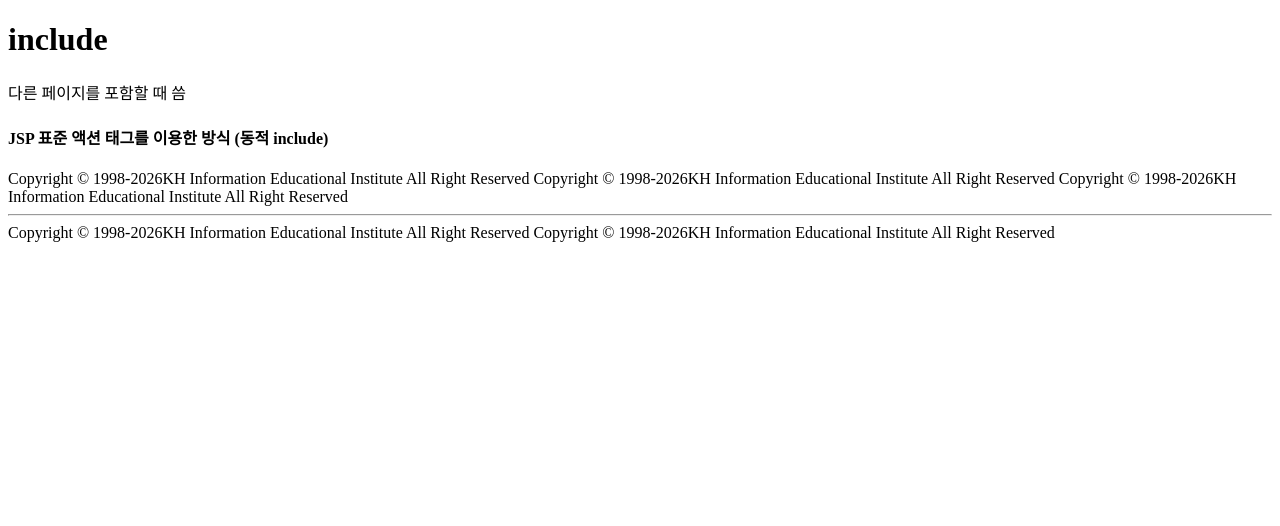
Repository: ham-zi/front-practice
Page: http://localhost/ActionProject/include.do
The author's editor kept a copy of each file at every save. The page is drawn from the files as they stood at one save, then again after the next save.
The browser window is 1280 px wide. The pictures show the whole page.
The page is served by Tomcat 9. Other server files are loaded and not shown.

Above is the page before, as saved 2026-05-06 08:03:04.
Console error: ReferenceError: Cannot access 'date' before initialization

### dynamic-workspace/ActionProject/src/main/webapp/WEB-INF/views/include.jsp
<%@ page language="java" contentType="text/html; charset=UTF-8"
    pageEncoding="UTF-8"%>
<!DOCTYPE html>
<html>
<head>
<meta charset="UTF-8">
<title>Insert title here</title>
</head>
<body>
	<h1>include</h1>

	<p>
		다른 페이지를 포함할 때 씀

	</p>
<%-- 정적 컴파일 방식 (컴파일 시점에 jsp를 포함 시킴)
	<%@ include file="footer.jsp" %>
	<%@ include file="footer.jsp" %>
	-> 동일한 변수명이 생기는 문제가 발생함
 --%>


 	<h4> JSP 표준 액션 태그를 이용한 방식 (동적 include) </h4>

	<jsp:include page="footer.jsp"/>
	 <!-- XML기반 기술이기 때문에 여는태그가 있으면 꼭 닫는태그가 있다.
	 	  닫는 태그를 작성하지 않으면 500에러 발생
	  -->
		<jsp:include page="footer.jsp"/>
		<jsp:include page="footer.jsp"/>
	<!-- 실행시점에 붙히는 방식이라 변수명이 중복되어도 상관이없다. -->

	<hr>

	<jsp:include page="footer.jsp">
		<jsp:param name="test" value="hi"/>
	</jsp:include>


	<jsp:include page="footer.jsp">
		<jsp:param name="test" value="Bye"/>
	</jsp:include>


</body>
</html>

### dynamic-workspace/ActionProject/src/main/webapp/WEB-INF/views/footer.jsp
<%@ page language="java" contentType="text/html; charset=UTF-8"
    pageEncoding="UTF-8"%>
<!DOCTYPE html>
<html>
<head>
<meta charset="UTF-8">
<title>Insert title here</title>
</head>
<body>

	<script>
		const date = new date();
		date.getFullYears();
	</script>

	<%
		String year = new java.text.SimpleDateFormat("yyyy").format(new java.util.Date());
	%>

	Copyright © 1998-<%= year %>KH Information Educational Institute All Right Reserved
</body>
</html>

### dynamic-workspace/ActionProject/src/main/java/com/kh/el/controller/includeController.java
package com.kh.el.controller;

import java.io.IOException;
import javax.servlet.ServletException;
import javax.servlet.annotation.WebServlet;
import javax.servlet.http.HttpServlet;
import javax.servlet.http.HttpServletRequest;
import javax.servlet.http.HttpServletResponse;


@WebServlet("/include.do")
public class includeController extends HttpServlet {
	private static final long serialVersionUID = 1L;


    public includeController() {
        super();
    }


	protected void doGet(HttpServletRequest request, HttpServletResponse response) throws ServletException, IOException {

		// 1. 값 뽑기 -> 가공
		// 2. 요청 처리
		// 3. 결과 값 반환/ 응답화면 지정
		request.getRequestDispatcher("/WEB-INF/views/include.jsp").forward(request, response);
	}


	protected void doPost(HttpServletRequest request, HttpServletResponse response) throws ServletException, IOException {
		doGet(request, response);
	}

}

After the next save:
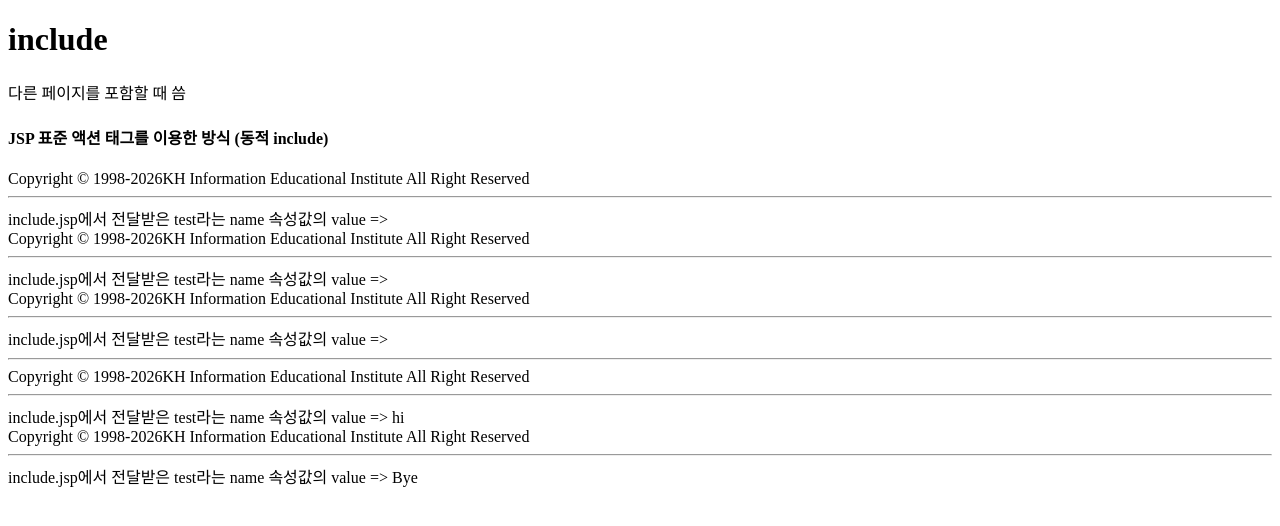
Saved 57 s later.
--- a/dynamic-workspace/ActionProject/src/main/webapp/WEB-INF/views/footer.jsp
+++ b/dynamic-workspace/ActionProject/src/main/webapp/WEB-INF/views/footer.jsp
@@ -19,4 +19,9 @@
 
 	Copyright © 1998-<%= year %>KH Information Educational Institute All Right Reserved
 </body>
+
+	<hr>
+
+	include.jsp에서 전달받은 test라는 name 속성값의 value => ${ param.test }<br>
+
 </html>
